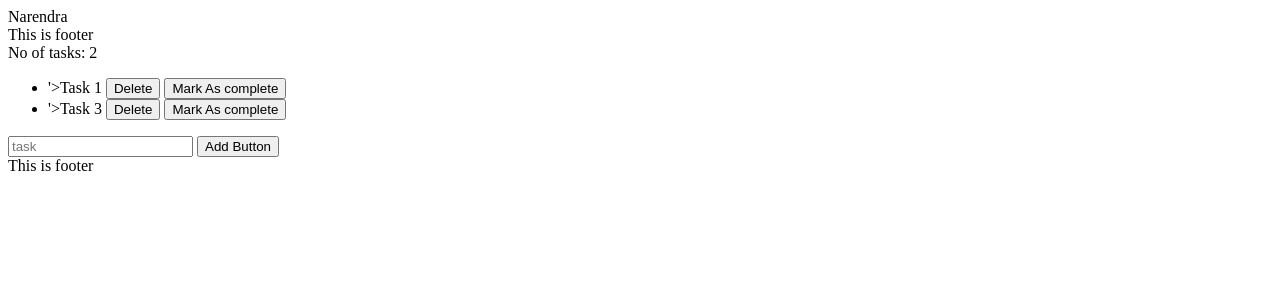
Repository: narendraiitm/jan-2023-term-live-session
Page: todo-vue/index.html
An editor plug-in stored every save of this project. The page is shown before and after the next save, followed by the edit.
The browser window is 1280 px wide. The pictures show the whole page.

Above is the page before, as saved 2023-02-16 17:44:14.

After the next save:
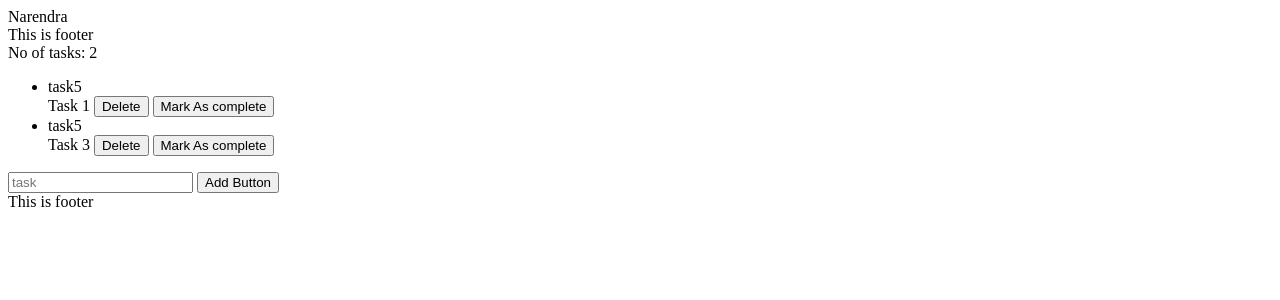
Saved 20 s later.
--- a/todo-vue/app.js
+++ b/todo-vue/app.js
@@ -24,7 +24,7 @@ new Vue({
   <ul>
 
     <li v-for='(task, index) in tasks'>
-        <Task :task='task />
+        <Task :task='task' />
         <span :class='{complete: task.complete}'>{{task.name}}</span>
         <button @click='deleteTask(index)'> Delete</button>
         <button @click='markAsComplete(index)'> Mark As complete</button>
